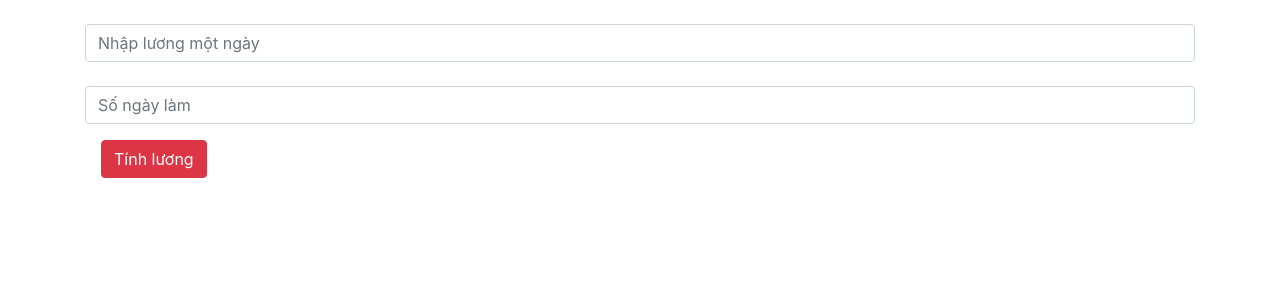
Repository: thanhfrankie/BC10-LeMinhThanh-Js-b2-3
Page: index.html
The author's editor kept a copy of each file at every save. The page is drawn from the files as they stood at one save, then again after the next save.
The browser window is 1280 px wide. The pictures show the whole page.

Above is the page before, as saved 2023-12-15 15:20:14.

### index.html
<!DOCTYPE html>
<html lang="en">
  <head>
    <title>Title</title>
    <!-- Required meta tags -->
    <meta charset="utf-8" />
    <meta
      name="viewport"
      content="width=device-width, initial-scale=1, shrink-to-fit=no"
    />

    <!-- Bootstrap CSS -->
    <link
      rel="stylesheet"
      href="https://stackpath.bootstrapcdn.com/bootstrap/4.3.1/css/bootstrap.min.css"
      integrity="sha384-ggOyR0iXCbMQv3Xipma34MD+dH/1fQ784/j6cY/iJTQUOhcWr7x9JvoRxT2MZw1T"
      crossorigin="anonymous"
    />
  </head>
  <body>
    <!-- Bài tập 1 -->
    <div class="container">
      <div class="form-group">
        <label for="luong-mot-ngay"></label>
        <input
          type="number"
          class="form-control"
          name=""
          id="luong-mot-ngay"
          aria-describedby="helpId"
          placeholder="Nhập lương một ngày"
          required
        />
        <label for="so-ngay-lam"></label>
        <input
          type="number"
          class="form-control"
          name=""
          id="so-ngay-lam"
          aria-describedby="helpId"
          placeholder="Số ngày làm"
          required
        />
        <button type="button" onclick="tinhLuong()" class="btn btn-danger m-3">
          Tính lương
        </button>
      </div>
      <h2 id="luong-nhan-duoc"></h2>
    </div>

    <!-- Optional JavaScript -->
    <!-- jQuery first, then Popper.js, then Bootstrap JS -->
    <script
      src="https://code.jquery.com/jquery-3.3.1.slim.min.js"
      integrity="sha384-q8i/X+965DzO0rT7abK41JStQIAqVgRVzpbzo5smXKp4YfRvH+8abtTE1Pi6jizo"
      crossorigin="anonymous"
    ></script>
    <script
      src="https://cdnjs.cloudflare.com/ajax/libs/popper.js/1.14.7/umd/popper.min.js"
      integrity="sha384-UO2eT0CpHqdSJQ6hJty5KVphtPhzWj9WO1clHTMGa3JDZwrnQq4sF86dIHNDz0W1"
      crossorigin="anonymous"
    ></script>
    <script
      src="https://stackpath.bootstrapcdn.com/bootstrap/4.3.1/js/bootstrap.min.js"
      integrity="sha384-JjSmVgyd0p3pXB1rRibZUAYoIIy6OrQ6VrjIEaFf/nJGzIxFDsf4x0xIM+B07jRM"
      crossorigin="anonymous"
    ></script>
    <script src="./index.js"></script>
  </body>
</html>

### index.js
// Bài tập 1
/**
 * B1: tạo biến, lấy giá trị từ input
 * B2: Tính lương
 * + tạo biến để tính lương: lương 1 ngày * số ngày làm
 * + gán sự kiện click cho button
 * B3: hiển thị kết quả
 */
function tinhLuong() {
  // B1:
  var luongMotNgay = document.getElementById("luong-mot-ngay").value;
  var soNgayLam = document.getElementById("so-ngay-lam").value;
  // B2, B3:
  var luongNhanDuoc = document.getElementById("luong-nhan-duoc");
  luongNhanDuoc.innerText = luongMotNgay * soNgayLam;
}

After the next save:
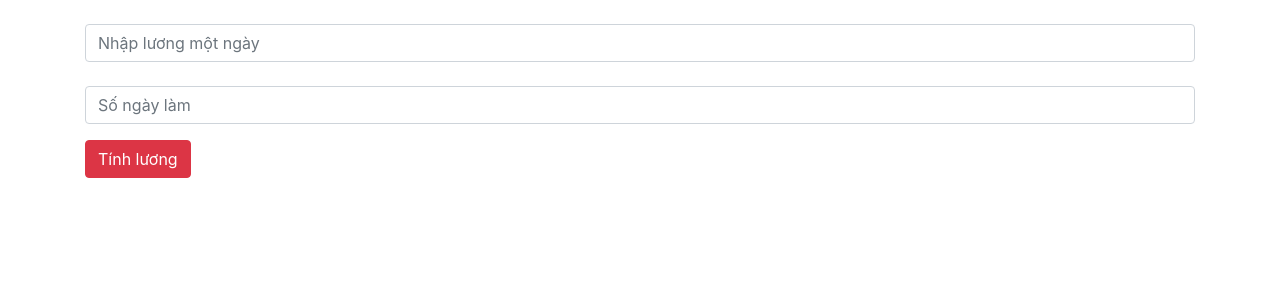
Saved 9 s later.
--- a/index.html
+++ b/index.html
@@ -41,7 +41,7 @@
           placeholder="Số ngày làm"
           required
         />
-        <button type="button" onclick="tinhLuong()" class="btn btn-danger m-3">
+        <button type="button" onclick="tinhLuong()" class="btn btn-danger mt-3">
           Tính lương
         </button>
       </div>
